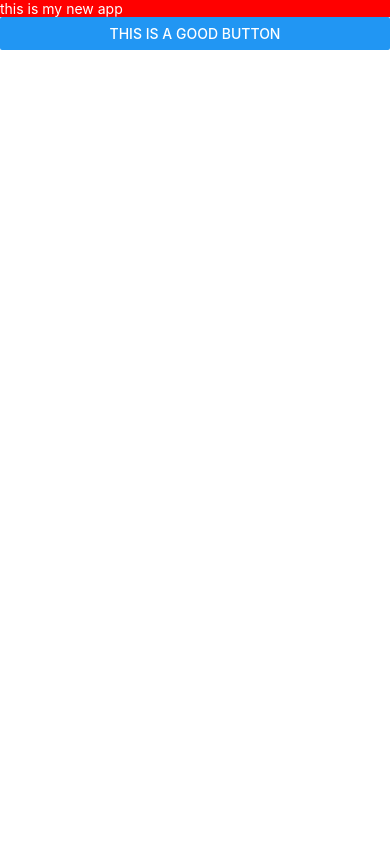
Repository: 2000-Nanayaw/MobileApp
Screen: /
These files come from the project's save history. The screen is drawn as it stood at one moment and after the next save; the edit follows.
The app was drawn by React Native's web renderer in a window 390 px wide. The project was rebuilt for these pictures with package versions that can differ from the ones it lists, and the page was loaded fresh each time.

Above is the screen before, as saved 2023-08-25 20:11:11.

After the next save:
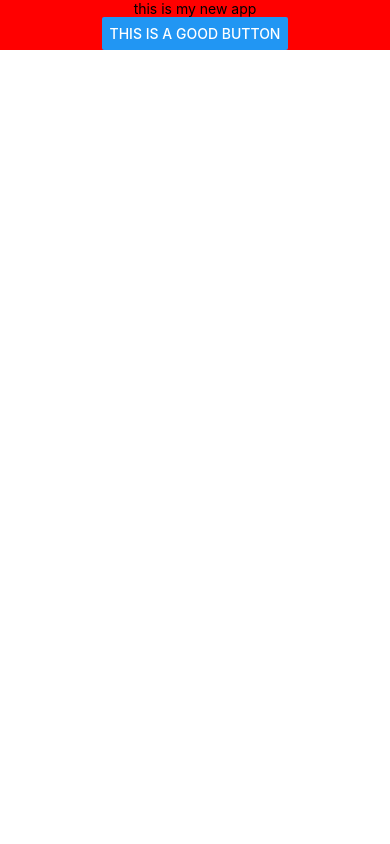
Saved 72 s later.
--- a/App.js
+++ b/App.js
@@ -33,8 +33,8 @@ import { Button, Text, TextInput, View, StyleSheet } from "react-native";
 function jsar() {
   return (
     <View>
-      <View>
-        <Text style={style.container}>this is my new app</Text>
+      <View style={style.container}>
+        <Text >this is my new app</Text>
         <Button title="this is a good button" />
       </View>
       <StatusBar style="auto" />
